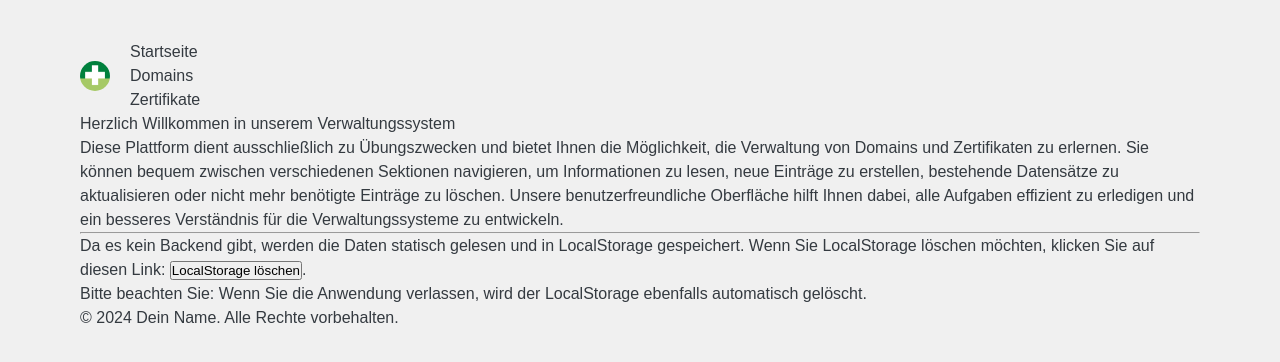
Repository: bajricadmir/verwaltungssystem-vanilla-html-css
Page: index.html
These files come from the project's save history. The page is drawn as it stood at one moment and after the next save; the edit follows.
The browser window is 1280 px wide. The pictures show the whole page.

Above is the page before, as saved 2024-10-14 10:54:58.

### index.html
<!DOCTYPE html>
<html lang="en">
  <head>
    <meta charset="UTF-8" />
    <meta name="viewport" content="width=device-width, initial-scale=1.0" />
    <link
      rel="shortcut icon"
      href="./assets/images/favicon.ico"
      type="image/x-icon"
    />
    <link rel="stylesheet" href="style.css" />
    <title>Verwaltungssystem</title>
  </head>
  <body>
    <header class="header">
      <nav class="navigation">
        <img src="./assets/images/favicon.ico" alt="Logo" class="logo" />

        <ul class="nav-list">
          <li class="nav-item">
            <a class="nav-link" href="#home">Startseite</a>
          </li>
          <li class="nav-item">
            <a class="nav-link" href="#about">Domains</a>
          </li>
          <li class="nav-item">
            <a class="nav-link" href="#contact">Zertifikate</a>
          </li>
        </ul>
      </nav>
    </header>

    <main>
      <section>
        <div class="alert">
          <div class="alert-heading">
            Herzlich Willkommen in unserem Verwaltungssystem
          </div>
          <p>
            Diese Plattform dient ausschließlich zu Übungszwecken und bietet
            Ihnen die Möglichkeit, die Verwaltung von Domains und Zertifikaten
            zu erlernen. Sie können bequem zwischen verschiedenen Sektionen
            navigieren, um Informationen zu lesen, neue Einträge zu erstellen,
            bestehende Datensätze zu aktualisieren oder nicht mehr benötigte
            Einträge zu löschen. Unsere benutzerfreundliche Oberfläche hilft
            Ihnen dabei, alle Aufgaben effizient zu erledigen und ein besseres
            Verständnis für die Verwaltungssysteme zu entwickeln.
          </p>
          <hr />
          <p>
            Da es kein Backend gibt, werden die Daten statisch gelesen und in
            LocalStorage gespeichert. Wenn Sie LocalStorage löschen möchten,
            klicken Sie auf diesen Link:
            <button type="button" class="btn">LocalStorage löschen</button
            >.<br />Bitte beachten Sie: Wenn Sie die Anwendung verlassen, wird
            der LocalStorage ebenfalls automatisch gelöscht.
          </p>
        </div>
      </section>
    </main>

    <footer>
      <p>&copy; 2024 Dein Name. Alle Rechte vorbehalten.</p>
    </footer>
  </body>
</html>

### style.css
:root {
  --primary-color: #007bff;
  --secondary-color: #6c757d;
  --success-color: #28a745;
  --danger-color: #dc3545;
  --warning-color: #ffc107;
  --info-color: #17a2b8;
  --light-color: #f8f9fa;
  --dark-color: #343a40;

  --font-size-base: 16px;
  --font-family-base: "Arial", sans-serif;
  --background-color: #f0f0f0;
}

/* CSS Reset */
* {
  margin: 0;
  padding: 0;
  box-sizing: border-box;
}

html,
body {
  height: 100%;
  font-family: var(--font-family-base);
  line-height: 1.5;
}

body {
  padding: 40px 80px 0px 80px;
}

ul {
  list-style: none;
}

a {
  text-decoration: none;
  color: inherit;
}

button {
  cursor: pointer;
}

table {
  border-collapse: collapse;
  width: 100%;
}

body {
  background-color: var(--background-color);
  color: var(--dark-color);
}

h1,
h2,
h3,
h4,
h5,
h6 {
  color: var(--primary-color);
}
/*
.header {
  display: flex;
  flex-direction: row;
} */

.navigation {
  display: flex;
  align-items: center;
}

.logo {
  width: 30px;
  height: 30px;
  border-radius: 15px;
  margin-right: 20px;
}

After the next save:
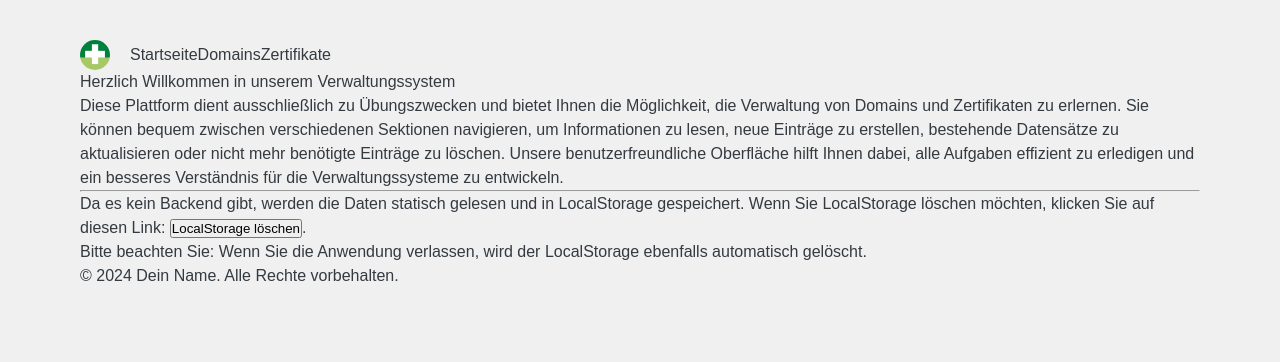
Saved 43 s later.
--- a/style.css
+++ b/style.css
@@ -62,11 +62,6 @@ h5,
 h6 {
   color: var(--primary-color);
 }
-/*
-.header {
-  display: flex;
-  flex-direction: row;
-} */
 
 .navigation {
   display: flex;
@@ -79,3 +74,8 @@ h6 {
   border-radius: 15px;
   margin-right: 20px;
 }
+
+.nav-list {
+  display: flex;
+  align-items: center;
+}
